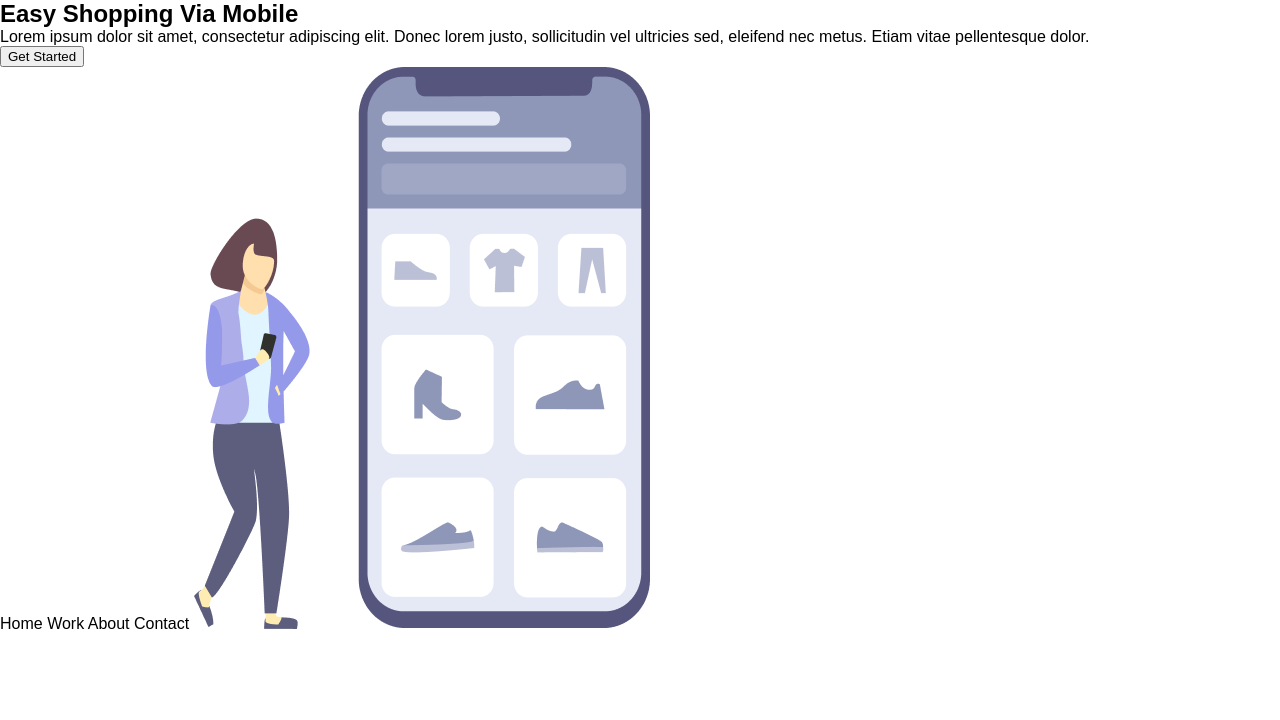
Repository: Leo-Marques-882/Projeto-Git-2
Page: index.html
An editor plug-in stored every save of this project. The page is shown before and after the next save, followed by the edit.
The browser window is 1280 px wide. The pictures show the whole page.

Above is the page before, as saved 2023-03-06 22:12:01.

After the next save:
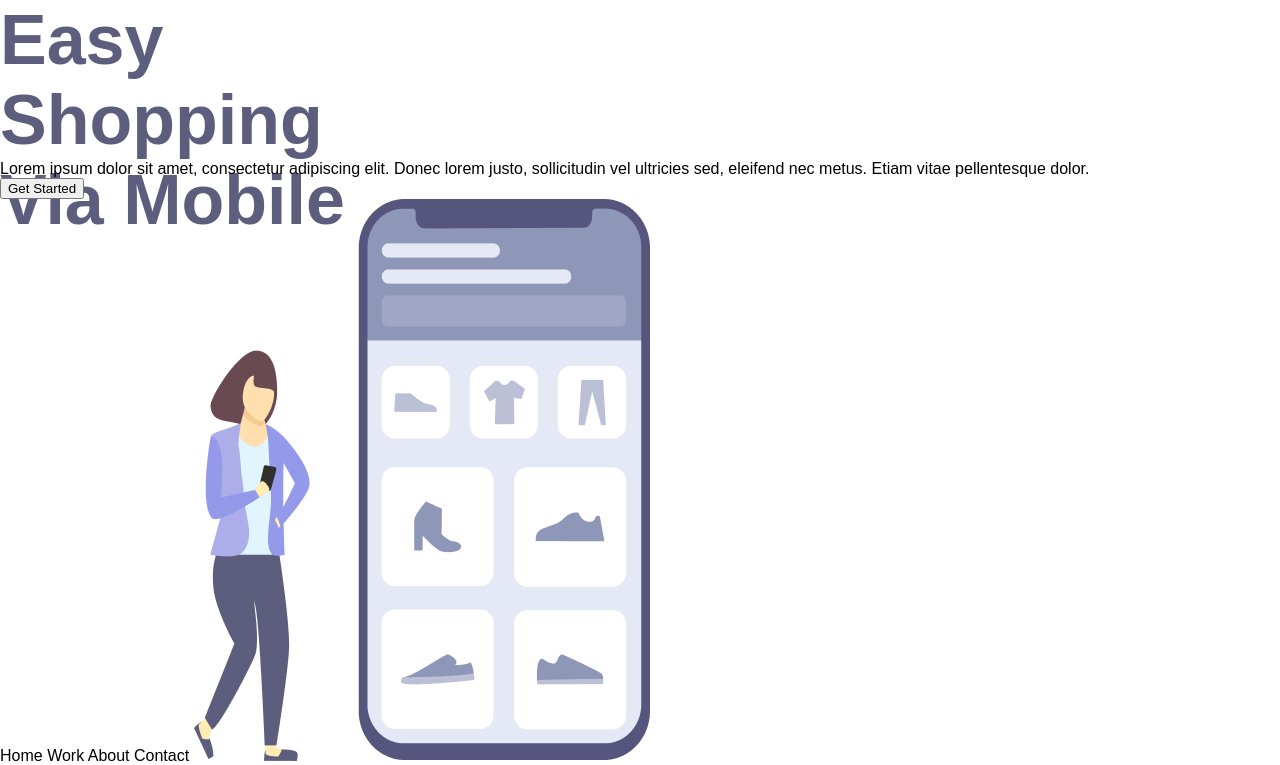
Saved 111 s later.
--- a/styless.css
+++ b/styless.css
@@ -2,5 +2,11 @@
     box-sizing: border-box;
     font-family: 'Oswald', sans-serif;
     margin: 0px;
+}
 
+h1 {
+    width: 368px;
+    height: 160px;
+    font-size: 70px;
+    color: #5D5D7D;
 }
